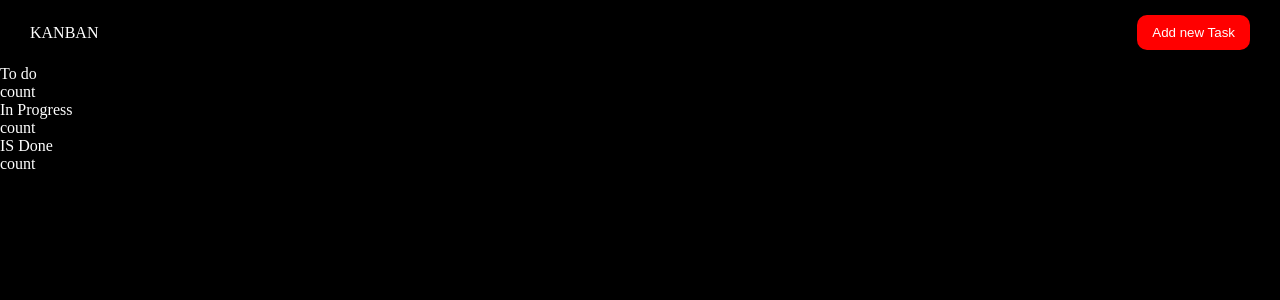
Repository: Sandeepji-5/Kanban-board
Page: index.html
The author's editor kept a copy of each file at every save. The page is drawn from the files as they stood at one save, then again after the next save.
The browser window is 1280 px wide. The pictures show the whole page.

Above is the page before, as saved 2025-12-08 18:01:03.

After the next save:
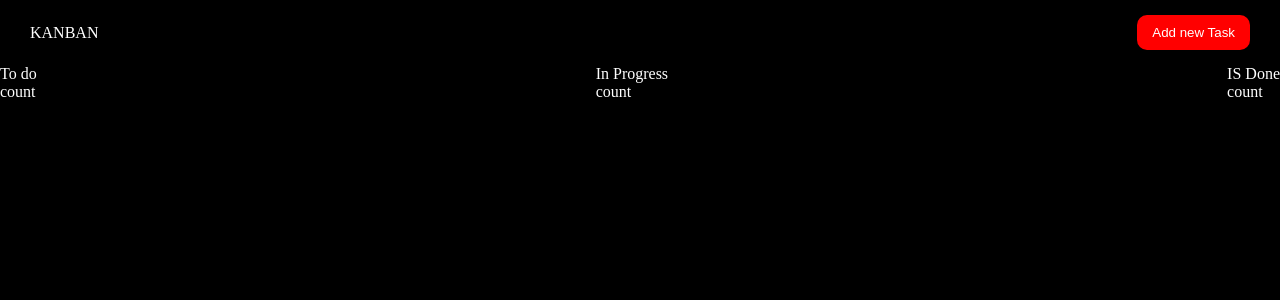
Saved 2 min 1 s later.
--- a/style.css
+++ b/style.css
@@ -64,6 +64,6 @@ nav button{
 }
 section{
     display: flex;
-    flex-direction:column;
+
     justify-content: space-between;
 }
